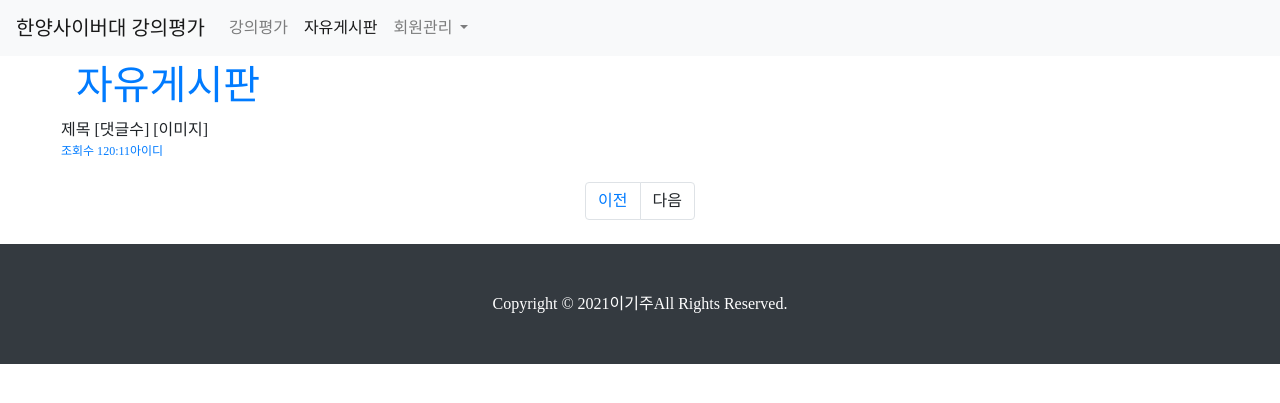
Repository: lkjjjang/hycu
Page: http://localhost/hycujjang/mobile.jsp
The author's editor kept a copy of each file at every save. The page is drawn from the files as they stood at one save, then again after the next save.
The browser window is 1280 px wide. The pictures show the whole page.
Some web fonts or font styles are not loaded; a fallback is used. The page is served by Tomcat 9. Nobody is signed in. The application's start-up code is not run. Other server files are loaded and not shown. The template is opened directly, without the code that normally fills it, so the values that code supplies are empty.

Above is the page before, as saved 2022-01-02 08:53:35.

### hycujjang/WebContent/mobile.jsp
<%@ page language="java" contentType="text/html; charset=UTF-8"
    pageEncoding="UTF-8"%>
<%@ page import="java.util.ArrayList" %>
<%@ page import="java.net.URLEncoder" %>
<%@ page import="java.io.PrintWriter" %>
<%@ taglib prefix="c" uri="http://java.sun.com/jsp/jstl/core"%>
<%@ taglib prefix="fmt" uri="http://java.sun.com/jsp/jstl/fmt"%>

<!DOCTYPE html>
<html>
<head>
	<meta charset="UTF-8">
	<meta name="viewport" content="width=device-width, initial-scale=1, shrink-to-fit=no">
	<title>한양사이버대 강의평가</title>
	<!-- 부트스트랩 CSS 추가하기 -->
	<link rel="stylesheet"
			href="https://stackpath.bootstrapcdn.com/bootstrap/4.4.1/css/bootstrap.min.css"
			integrity="sha384-Vkoo8x4CGsO3+Hhxv8T/Q5PaXtkKtu6ug5TOeNV6gBiFeWPGFN9MuhOf23Q9Ifjh"
			crossorigin="anonymous">
	<!-- 커스텀 CSS 추가하기 -->
	<link rel="stylesheet" href="./css/custom.css">
</head>
<body>
	<nav class="navbar navbar-expand-md navbar-light bg-light">
		<a class="navbar-brand" href="index.jsp">한양사이버대 강의평가</a>
		<button class="navbar-toggler" type="button" data-toggle="collapse" data-target="#navbar">
			<span class="navbar-toggler-icon"></span>
		</button>
		<div id="navbar" class="collapse navbar-collapse">
			<ul class="navbar-nav mr-auto">
				<li class="nav-item">
					<a class="nav-link" href="lectureBoardController?pageNumber=1">강의평가</a>
				</li>
				<li class="nav-item active">
					<a class="nav-link" href="freeBoardController?pageNumber=1">자유게시판</a>
				</li>
				<li class="nav-item dropdown">
					<a class="nav-link dropdown-toggle" id="dropdown" data-toggle="dropdown" href="index.jsp">
						회원관리
					</a>
					<div class="dropdown-menu" aria-labelledby="dropdown">
						<a class="dropdown-item" href="logout.jsp">로그아웃</a>
					</div>
				</li>
			</ul>
		</div>
	</nav>

	<div class="container" style="padding: 6px;">
		<h1>
    		<a class="ed link-primary text-bold title-underline" href="freeBoardController?pageNumber=1">자유게시판</a>
  		</h1>
  			<div class="row">
	  			<div >
	  				제목 [댓글수] [이미지]
	  			</div>
  			</div>
  			<div class="row">
  				<div class='text-primary' style="font-size: 12px;">
	  				조회수 1
	  			</div>
	  			<div class='text-primary' style="font-size: 12px;">
	  				20:11
	  			</div>
	  			<div class='text-primary' style="font-size: 12px; text-align: right">
	  				아이디
	  			</div>
  			</div>
  		</div>
  		<!--
  		${userID == 'admin'} 세션에 있는 유저 아이디
  		넘어오는 목록${freeBBS}
  		<c:if test="${userID == 'admin'}">
			<input type="checkbox" name="delCheck_id" id="delCheck_id" value="${freeBBS.bbsID}">
		</c:if>
		${freeBBS.bbsID}
		<a href="freeBoardDetailController?id=${freeBBS.bbsID}">${freeBBS.bbsTitle}</a>

  		${freeBBS.nickName}
  		${freeBBS.bbsHit}
  		${freeBBS.bbsDate}

  		-->







		<!-- 페이지번호 출력 -->
		<!-- 파라미터로 들어오는 페이지 번호를 이용해 startNum값을 구함 -->
		<div>
			<c:set var="page" value="${(param.pageNumber == null) ? 1 : param.pageNumber}"></c:set>
			<c:set var="startNum" value="${page - (page - 1) % 5}"></c:set>
			<c:set var="lastNum" value="${listCount}"></c:set>

			<ul class="pagination justify-content-center mt-3">
				<c:if test="${param.pageNumber == 1}">
					<li class="page-item"><a class="page-link" onclick="alert('이전 페이지가 없습니다.');">이전</a></li>
				</c:if>
				<c:if test="${param.pageNumber != 1}">
					<li class="page-item"><a class="page-link" href="freeBoardController?pageNumber=${param.pageNumber - 1}">이전</a></li>
				</c:if>

				<c:forEach var="i" begin="0" end="4">
					<c:if test="${(startNum + i) <= lastNum}">
						<c:if test="${param.pageNumber == (startNum + i)}">
							<li class="page-item active"><a class="page-link" href="freeBoardController?pageNumber=${startNum + i}">${startNum + i}</a></li>
						</c:if>
						<c:if test="${param.pageNumber != (startNum + i)}">
							<li class="page-item"><a class="page-link" href="freeBoardController?pageNumber=${startNum + i}">${startNum + i}</a></li>
						</c:if>
					</c:if>
				</c:forEach>

				<c:if test="${param.pageNumber == lastNum}">
					<li class="page-item"><a class="page-link" onclick="alert('다음 페이지가 없습니다.');">다음</a></li>
				</c:if>
				<c:if test="${param.pageNumber != lastNum}">
					<li class="page-item"><a class="page-link" href="freeBoardController?pageNumber=${param.pageNumber + 1}">다음</a></li>
				</c:if>
			</ul>
		</div>
	</div>

	<footer class="bg-dark mt-4 p-5 text-center" style="color: #FFFFFF;">
		Copyright &copy; 2021이기주All Rights Reserved.
	</footer>
	<script src="https://code.jquery.com/jquery-3.6.0.js"
  			integrity="sha256-H+K7U5CnXl1h5ywQfKtSj8PCmoN9aaq30gDh27Xc0jk="
  			crossorigin="anonymous">
	</script>
	<script src="https://cdn.jsdelivr.net/npm/popper.js@1.16.0/dist/umd/popper.min.js"
			integrity="sha384-Q6E9RHvbIyZFJoft+2mJbHaEWldlvI9IOYy5n3zV9zzTtmI3UksdQRVvoxMfooAo"
			crossorigin="anonymous">
	</script>
	<script src="https://maxcdn.bootstrapcdn.com/bootstrap/4.0.0/js/bootstrap.min.js"
			integrity="sha384-JZR6Spejh4U02d8jOt6vLEHfe/JQGiRRSQQxSfFWpi1MquVdAyjUar5+76PVCmYl"
			crossorigin="anonymous">
	</script>
	<script type="text/javascript">
		function guestWrite() {
			alert('게스트 계정은 글작성이 불가능 합니다.');
		}
	</script>
	<script type="text/javascript">
		function deleteAll() {
			var checkList = document.getElementsByName('delCheck_id');
			var checkedList = new Array();
			var count = 0;
			for (var i = 0; i < checkList.length; i++) {
				if (checkList[i].checked == true) {
					count++;
					checkedList[i] = checkList[i].value;
				}
			}

			if (count == 0) {
				alert('선택사항이 없습니다.');
				return;
			}

			var data = new Array();
			for (var i = 0; i < checkedList.length; i++) {
				if (checkedList[i] != null) {
					var dataTemp = new Object();
					dataTemp.id = checkedList[i];
					data.push(dataTemp);
				}
			}

			$.ajax({
				type: "post",
				url: "freeBoardDeleteController",
				data: JSON.stringify(data),
				contentType: "application/json; charset=utf-8",
				dataType: "json",

				success: function(json) {
					if (json[0].resultCode == 'ok') {
						alert('삭제 되었습니다.');
					} else {
						alert('데이터베이스 오류 입니다.');
					}
					location.reload();
				},
				error: function(json) {
					alert('시스템 오류 입니다.')
				}
			});
		}
	</script>
	<script type="text/javascript">
		function select(tagID) {
			var id = tagID.id;
			var checkList = document.getElementsByName('delCheck_id');
			for (var i = 0; i < checkList.length; i++) {
				if (id == 'selectAll') {
					checkList[i].checked = true;
				} else {
					checkList[i].checked = false;
				}
			}

			if (id == 'selectAll') {
				changeId('cancel', '선택해제');
			} else {
				changeId('selectAll', '전체선택');
			}
		}

		function changeId(id, text)  {
			  const btnElement = document.getElementById('checkList');
			  btnElement.innerHTML = '<button class="btn btn-primary" id="' + id + '" onclick="select(this)">'+ text +'</button>' +
			  							'<button class="btn btn-danger" id="deleteAll" onclick="deleteAll()">선택삭제</button>';
		}
	</script>
</body>
</html>

### hycujjang/WebContent/css/custom.css
@import url(https://fonts.googleapis.com/earlyaccess/jejugothic.css);
@import url(https://fonts.googleapis.com/css2?family=Nanum+Gothic&display=swap);
.navbar-brand, h1, h2, h3, h4 {
	font-family: 'Jeju Gothic';
}
h5 {
	font-family: 'Jeju Gothic';
	font-size: 18px;
}
body {
	font-family: 'Nanum Gothic';
}

After the next save:
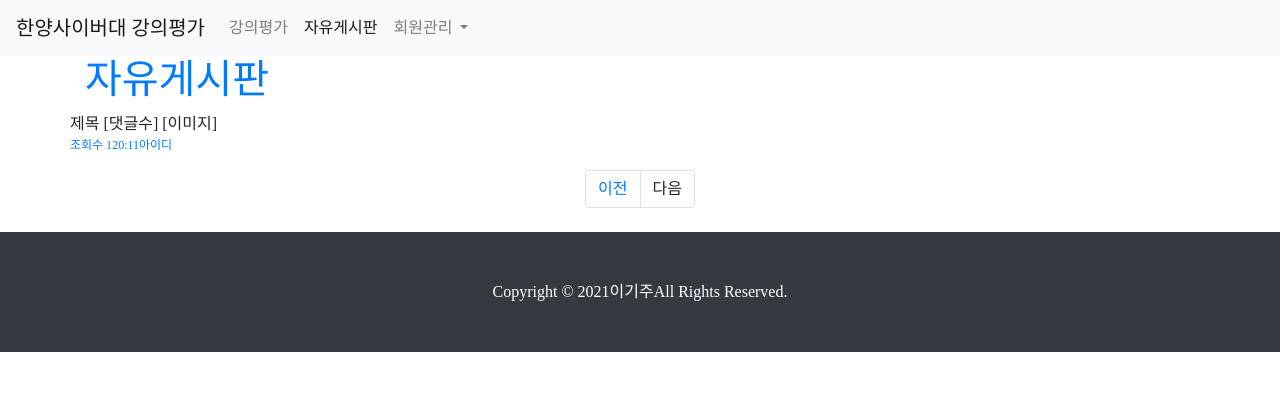
Saved 4 min 48 s later.
--- a/hycujjang/WebContent/mobile.jsp
+++ b/hycujjang/WebContent/mobile.jsp
@@ -46,7 +46,7 @@
 		</div>
 	</nav>
 
-	<div class="container" style="padding: 6px;">
+	<div class="container">
 		<h1>
     		<a class="ed link-primary text-bold title-underline" href="freeBoardController?pageNumber=1">자유게시판</a>
   		</h1>
@@ -66,7 +66,6 @@
 	  				아이디
 	  			</div>
   			</div>
-  		</div>
   		<!--
   		${userID == 'admin'} 세션에 있는 유저 아이디
   		넘어오는 목록${freeBBS}
@@ -81,16 +80,7 @@
   		${freeBBS.bbsDate}
 
   		-->
-
-
-
-
-
-
-
-		<!-- 페이지번호 출력 -->
-		<!-- 파라미터로 들어오는 페이지 번호를 이용해 startNum값을 구함 -->
-		<div>
+  				<div>
 			<c:set var="page" value="${(param.pageNumber == null) ? 1 : param.pageNumber}"></c:set>
 			<c:set var="startNum" value="${page - (page - 1) % 5}"></c:set>
 			<c:set var="lastNum" value="${listCount}"></c:set>
@@ -122,6 +112,15 @@
 				</c:if>
 			</ul>
 		</div>
+
+
+
+
+
+
+		<!-- 페이지번호 출력 -->
+		<!-- 파라미터로 들어오는 페이지 번호를 이용해 startNum값을 구함 -->
+
 	</div>
 
 	<footer class="bg-dark mt-4 p-5 text-center" style="color: #FFFFFF;">
